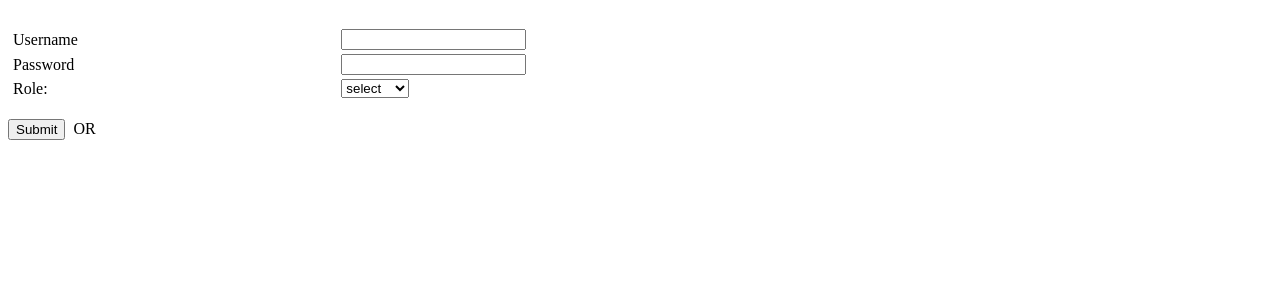
Repository: viraj2623/My_projects
Page: loginandregpr/src/main/webapp/login.html
The author's editor kept a copy of each file at every save. The page is drawn from the files as they stood at one save, then again after the next save.
The browser window is 1280 px wide. The pictures show the whole page.

Above is the page before, as saved 2025-03-04 08:22:52.

### loginandregpr/src/main/webapp/login.html
<!DOCTYPE html>
<html>
<head>
<meta charset="UTF-8">
<title>Insert title here</title>
</head>
<body>

<form action="Regandloginsrv" method="service">
  <div class="container mt-4">
  <input type="hidden" name="movement" value="login">
   <table style="width: 95%" class="table">
    <tr>
     <td><legend>Username</legend></td>
     <td><input type="text" name="username" required/></td>
    </tr>
    <tr>
     <td><legend>Password</legend></td>
     <td><input type="password" name="password" required/></td>
    </tr>
    <tr>
    <td><legend>Role:</legend></td>
   <td> <select name="role">
   <option value="select">select</option>
        <option value="STUDENT">Student</option>
        <option value="ADMIN">Admin</option>
    </select>
    </td>
    <br>
    </tr>
   </table><br/>
   <input type="submit" class="btn btn-outline-success" value="Submit" />&nbsp; OR&nbsp;

   </div>

  </form>

</body>
</html>

After the next save:
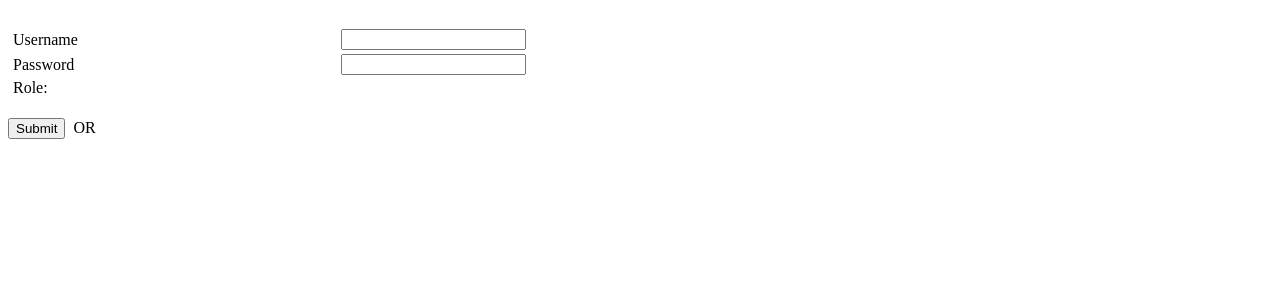
Saved 4 min 38 s later.
--- a/loginandregpr/src/main/webapp/login.html
+++ b/loginandregpr/src/main/webapp/login.html
@@ -20,12 +20,7 @@
     </tr>
     <tr>
     <td><legend>Role:</legend></td>
-   <td> <select name="role">
-   <option value="select">select</option>
-        <option value="STUDENT">Student</option>
-        <option value="ADMIN">Admin</option>
-    </select>
-    </td>
+
     <br>
     </tr>
    </table><br/>
